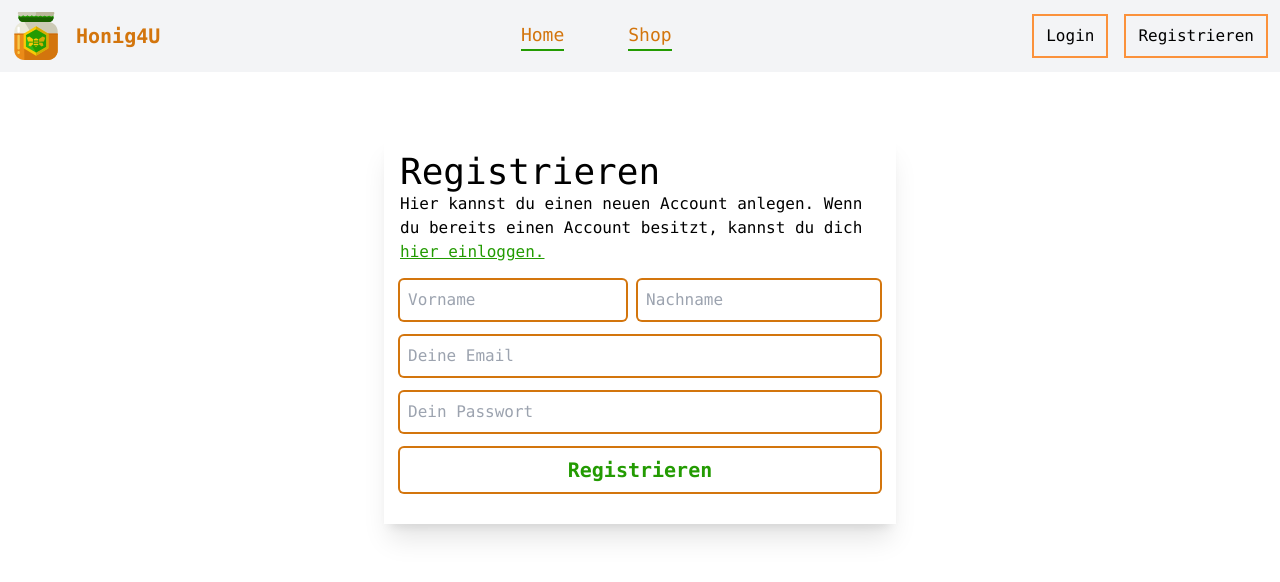
Repository: cainytheslave/PHPHonigShop
Page: http://localhost/registrierung.php
The author's editor kept a copy of each file at every save. The page is drawn from the files as they stood at one save, then again after the next save.
The browser window is 1280 px wide. The pictures show the whole page.
The page is run by PHP 8.4 with error messages shown; the project is at /var/www/html/. Style sheets and scripts are compiled from the project's sources, by tool versions that may differ from the author's.

Above is the page before, as saved 2022-03-11 01:43:21.

After the next save:
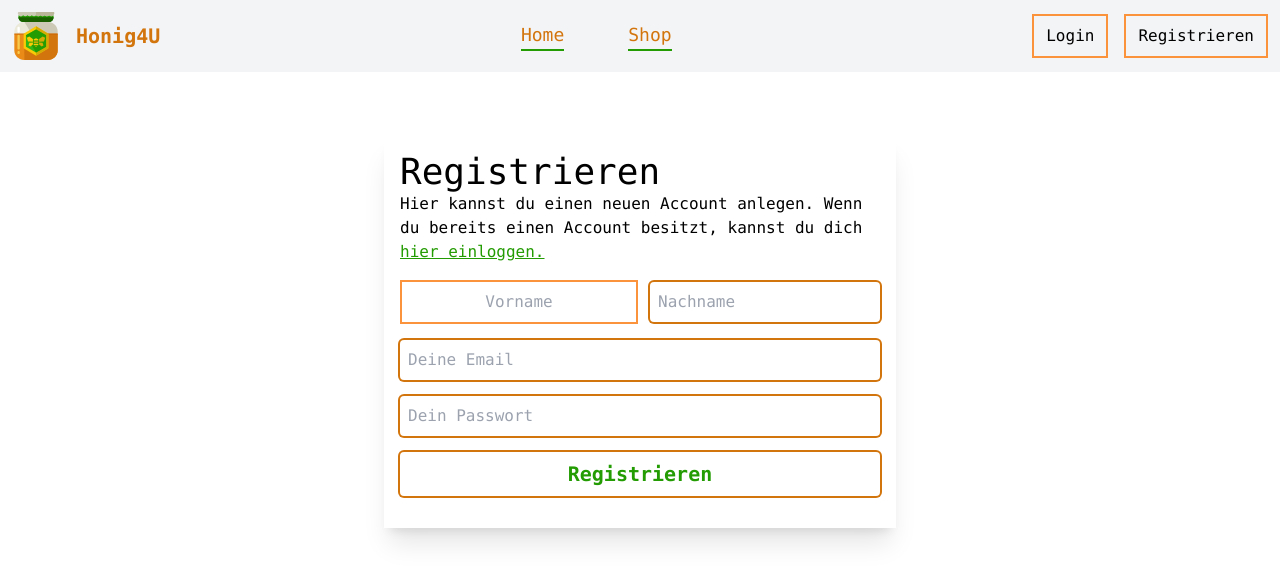
Saved 106 s later.
--- a/registrierung.php
+++ b/registrierung.php
@@ -80,7 +80,7 @@ if (isset($_POST['register'])) {
             <p>Hier kannst du einen neuen Account anlegen. Wenn du bereits einen Account besitzt, kannst du dich <a class="underline text-honeygreen" href="login.php">hier einloggen.</a></p>
             <form class="flex flex-col gap-4 py-4" method="POST" action="">
                 <div class="flex items-center justify-between gap-3">
-                    <input class="px-2 py-2 rounded ring-2 ring-honey" type="text" required name="vorname" placeholder="Vorname">
+                    <?= Komponente::input('text', 'Vorname', 'vorname') ?>
                     <input class="px-2 py-2 rounded grow ring-2 ring-honey" type="text" required name="nachname" placeholder="Nachname">
                 </div>
                 <input class="px-2 py-2 rounded ring-2 ring-honey" type="email" required name="email" placeholder="Deine Email">
